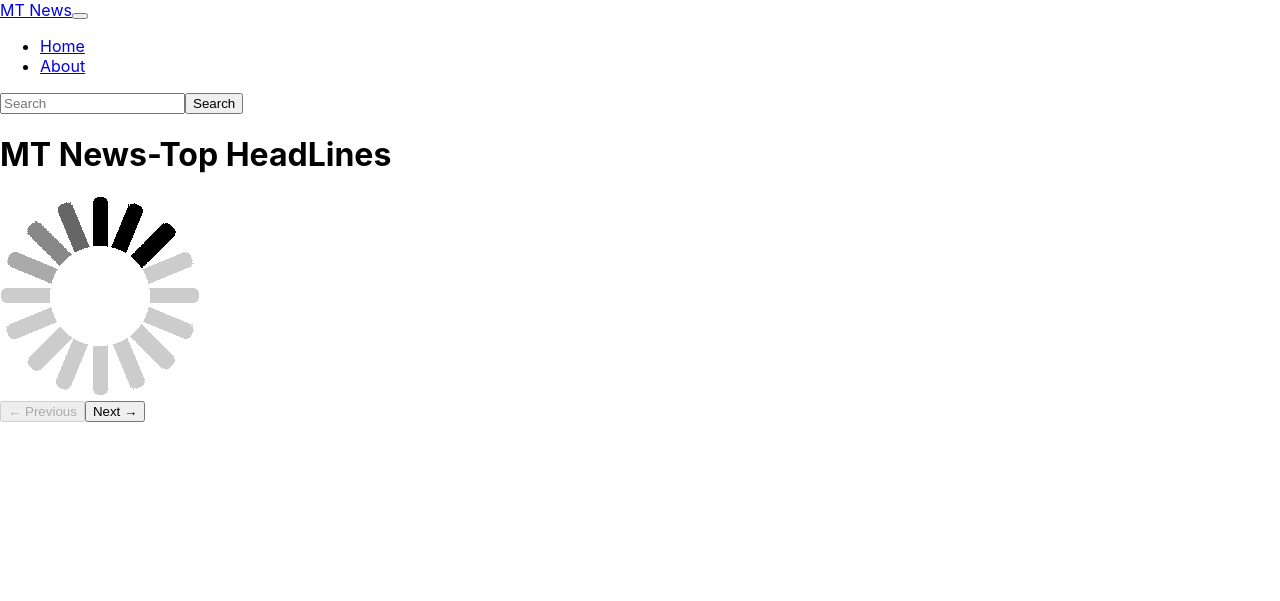
Repository: professorsourabh/news_website_using-ReactJS
Page: /news/Entertainment
An editor plug-in stored every save of this project. The page is shown before and after the next save, followed by the edit.
The browser window is 1280 px wide. The pictures show the whole page.
The page's requests for data from a server got no answer. The project was rebuilt for these pictures with package versions that can differ from the ones it lists, and the page was loaded fresh each time. No one was signed in, and anything a server would have sent is missing. Also part of the build but not shown: src/App.css, src/Components/NewsaItem.js.

Above is the page before, as saved 2023-05-16 10:27:43.

### src/App.js
import './App.css';

import React, { Component } from 'react';
import NavBar from './Components/NavBar';
import News from './Components/News';
export default class App extends Component {

  render() {
    return (
      <div>

        <NavBar/>
        <News country="in"/>
      </div>
    )
  }
}

### src/Components/NavBar.js
import React, { Component } from 'react'
// import PropTypes from 'prop-types'

export class NavBar extends Component {


  render() {
    return (
      <div>
        <nav className="navbar navbar-expand-lg  bg-body-dark bg-dark">
  <div className="container-fluid">
    <a className="navbar-brand text-light" href="/">MT News</a>
    <button className="navbar-toggler" type="button" data-bs-toggle="collapse" data-bs-target="/navbarSupportedContent" aria-controls="navbarSupportedContent" aria-expanded="false" aria-label="Toggle navigation">
      <span className="navbar-toggler-icon"></span>
    </button>
    <div className="collapse navbar-collapse" id="navbarSupportedContent">
      <ul className="navbar-nav me-auto mb-2 mb-lg-0">
        <li className="nav-item">
          <a className="nav-link  text-light" aria-current="page" href="/">Home</a>
        </li>
        <li className="nav-item">
          <a className="nav-link active text-light" aria-current="page" href="/">About</a>
        </li>

      </ul>
      <form className="d-flex" role="search">
        <input className="form-control me-2" type="search" placeholder="Search" aria-label="Search"/>
        <button className="btn btn-outline-success" type="submit">Search</button>
      </form>
    </div>
  </div>
</nav>

      </div>
    )
  }
}

export default NavBar

### src/Components/News.js
import React, { Component } from 'react'
import NewsaItem from './NewsaItem';
import Spinner from './Spinner';
import PropTypes  from 'prop-types';
export class News extends Component {

    constructor(){
        super();
        this.state={
          articles:[],
            loading: false,
            page:1
        }
    }

   async componentDidMount(){

      let url=`https://newsapi.org/v2/top-headlines?country=${this.props.country}&category=business&apiKey=6de024851937497c9017d3f0f0e104a4&page=1&pagesize=18`;
      this.setState({loading: true});
      let data=await fetch(url);
      let parsedData=await data.json();
      console.log(parsedData);
      this.setState({articles: parsedData.articles,totalResults:parsedData.totalResults,
        loading: false})
  }
  handlePreviousClick=async()=>{
    let url=`https://newsapi.org/v2/top-headlines?country=${this.props.country}&category=business&apiKey=6de024851937497c9017d3f0f0e104a4&page=${this.state.page - 1}&pagesize=18`;

    this.setState({loading: true});
      let data=await fetch(url);
      let parsedData=await data.json();
      console.log(parsedData);
      this.setState({
        page: this.state.page - 1,
        articles: parsedData.articles,
        loading: false
      })
  }
  handleNextClick=async()=>{
    if(!(this.state.page+1>Math.ceil(this.state.totalResults/18))){

    let url=`https://newsapi.org/v2/top-headlines?country=${this.props.country}&category=business&apiKey=6de024851937497c9017d3f0f0e104a4&page=${this.state.page + 1}&pagesize=18`;

    this.setState({loading: true});
      let data=await fetch(url);
      let parsedData=await data.json();
      console.log(parsedData);

      this.setState({
        page: this.state.page + 1,
        articles: parsedData.articles,
        loading: false
      })
    }
  }
  render() {
    return (
      <div className='container my-3'>
        <h1 className='text-center'> MT News-Top HeadLines</h1>
       {this.state.loading && <Spinner/>}

        <div className="row">
        {!this.state.loading && this.state.articles.map((element)=>{

        return   <div className="col-md-4" key={element.url}>
         <NewsaItem title={element.title?element.title:""} discription={element.description?element.description.slice(0,88):""} imageUrl={element.urlToImage?element.urlToImage:"https://img.etimg.com/thumb/msid-100188906,width-1070,height-580,imgsize-113958,overlay-etmarkets/photo.jpg"} newsUrl={element.url}></NewsaItem>
         </div>
         })}
        </div>
        <div className="container d-flex justify-content-between">
          <button disabled={this.state.page<=1} type='button' className='btn btn-primary my-2 mx-2' onClick={this.handlePreviousClick} >&#8592; Previous</button>

  <button disabled={this.state.page+1>Math.ceil(this.state.totalResults/18)} type='button' className='btn btn-primary my-2 mx-2' onClick={this.handleNextClick}>Next &#8594;</button>
        </div>


      </div>
    )
  }
}

export default News

### src/Components/Spinner.js
import React, { Component } from 'react'
import loading from './loading.gif'
export class Spinner extends Component {
  render() {
    return (
      <div className='d-flex justify-content-center text-center align-items-center'>
        <img src={loading} alt="loading"/>
      </div>
    )
  }
}

export default Spinner

Loaded but not shown: src/index.js (common file); src/index.css (common file); src/reportWebVitals.js (common file)

After the next save:
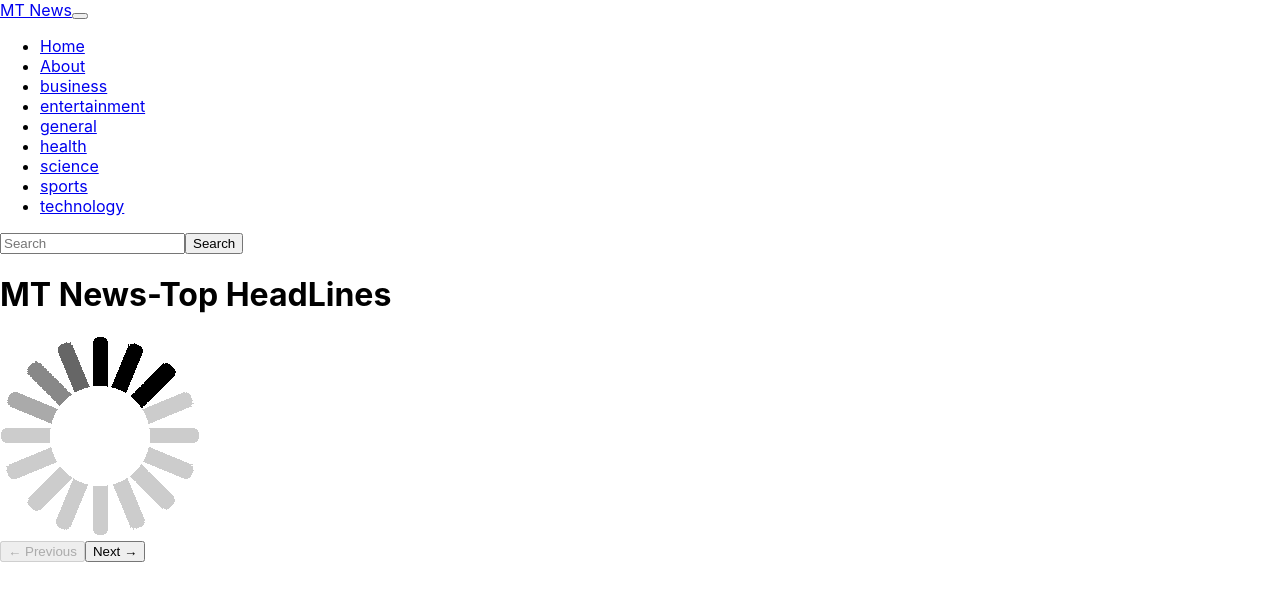
Saved 4 min 45 s later.
--- a/src/Components/NavBar.js
+++ b/src/Components/NavBar.js
@@ -21,6 +21,27 @@ export class NavBar extends Component {
         <li className="nav-item">
           <a className="nav-link active text-light" aria-current="page" href="/">About</a>
         </li>
+       <li className="nav-item">
+          <a className="nav-link active text-light" aria-current="page" href="/">business</a>
+        </li>
+       <li className="nav-item">
+          <a className="nav-link active text-light" aria-current="page" href="/">entertainment</a>
+        </li>
+       <li className="nav-item">
+          <a className="nav-link active text-light" aria-current="page" href="/">general</a>
+        </li>
+       <li className="nav-item">
+          <a className="nav-link active text-light" aria-current="page" href="/">health</a>
+        </li>
+       <li className="nav-item">
+          <a className="nav-link active text-light" aria-current="page" href="/">science</a>
+        </li>
+       <li className="nav-item">
+          <a className="nav-link active text-light" aria-current="page" href="/">sports</a>
+        </li>
+       <li className="nav-item">
+          <a className="nav-link active text-light" aria-current="page" href="/">technology</a>
+        </li>
 
       </ul>
       <form className="d-flex" role="search">
